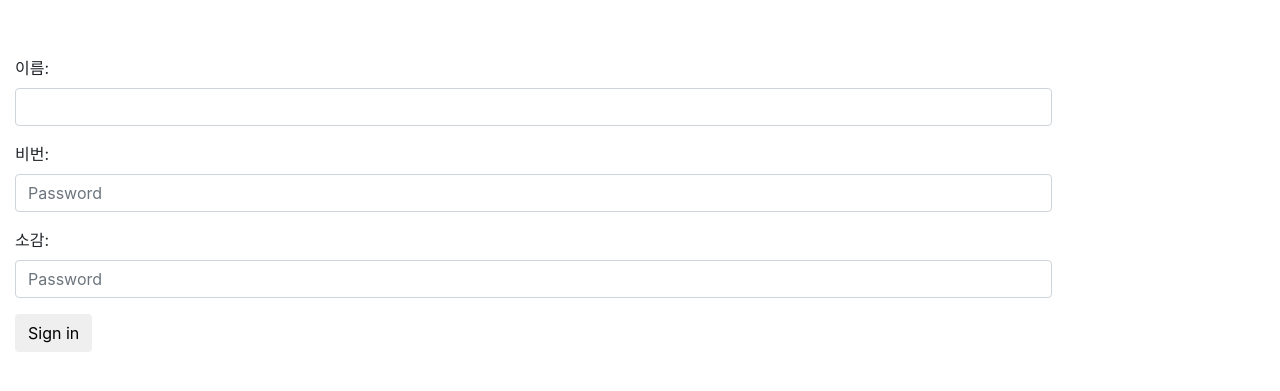
Repository: lukawitch/DB_Homework
Page: http://localhost/DB_Gallary/CwriteForm.jsp
These files come from the project's save history. The page is drawn as it stood at one moment and after the next save; the edit follows.
The browser window is 1280 px wide. The pictures show the whole page.
The page is served by Tomcat 9.

Above is the page before, as saved 2018-06-10 03:30:52.

After the next save:
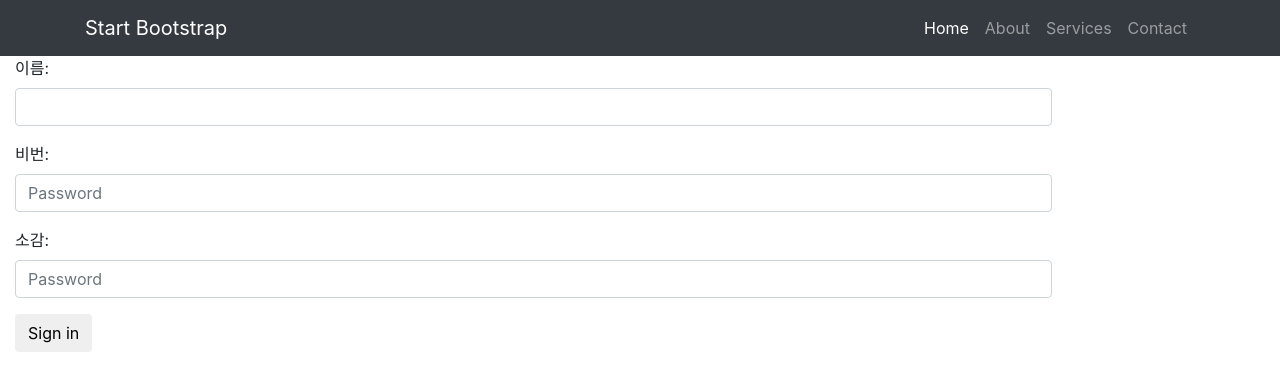
Saved 90 s later.
--- a/DB_Gallary/WebContent/CwriteForm.jsp
+++ b/DB_Gallary/WebContent/CwriteForm.jsp
@@ -6,6 +6,7 @@
  <%@include file="commom.jsp"%>
 </head>
 <body>
+ <%@include file="nav.jsp"%>
 <form class="form-horizontal">
   <div class="form-group">
     <label for="inputEmail3" class="col-sm-2 control-label">이름:</label>
@@ -32,5 +33,6 @@
     </div>
   </div>
 </form>
+  <%@include file="footer.jsp"%>
 </body>
 </html>
